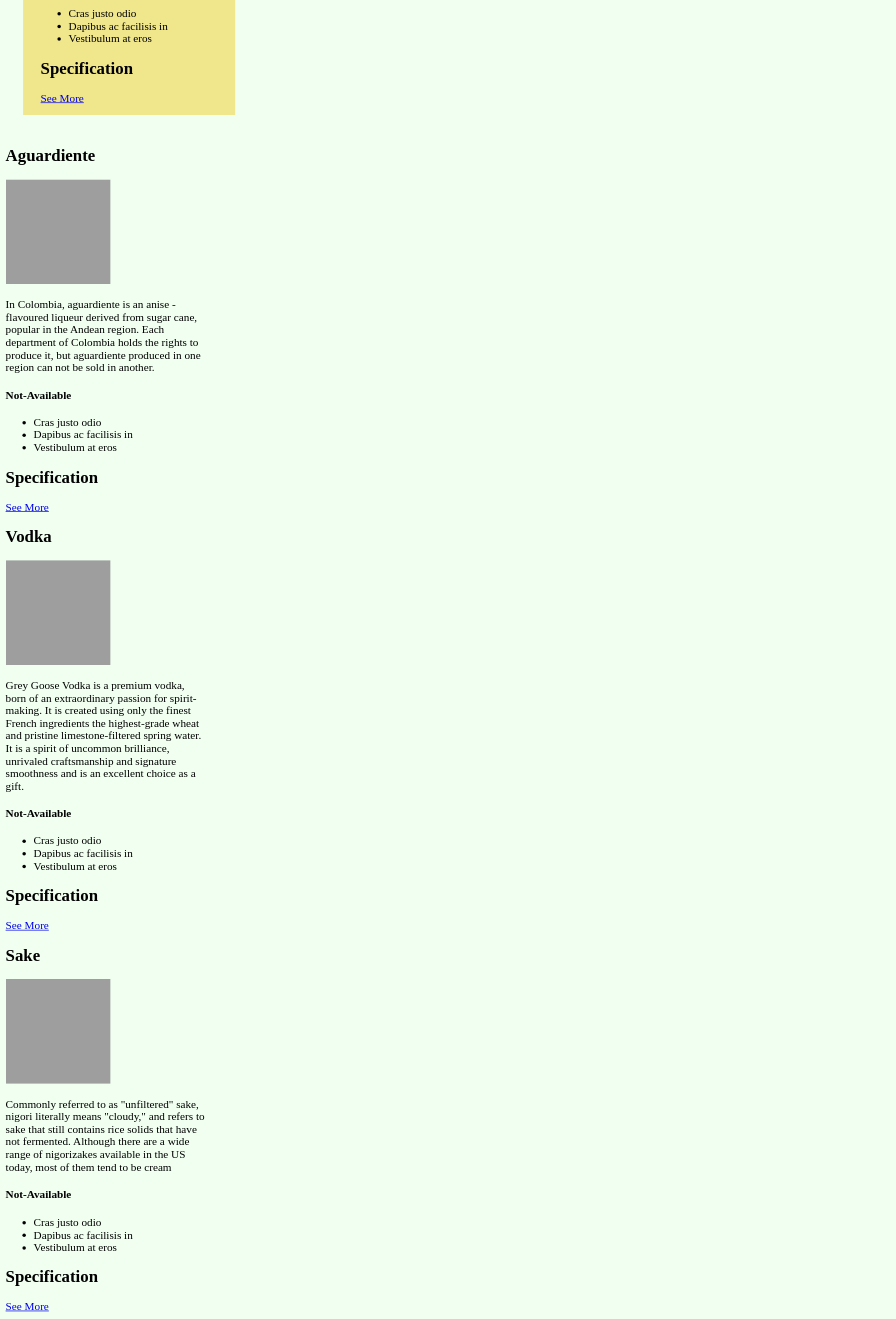
Repository: ZamlZam/REPO-11
Page: product-cards/index.html
These files come from the project's save history. The page is drawn as it stood at one moment and after the next save; the edit follows.
The browser window is 1280 px wide. The pictures show the part of the page from y = 1385 to 3305 px (the page is 3269 px tall before and 3305 px after), at 70% of full size.
Pictures or frames that could not be fetched are drawn as grey boxes.

Above is the page before, as saved 2023-04-14 20:33:50.

After the next save:
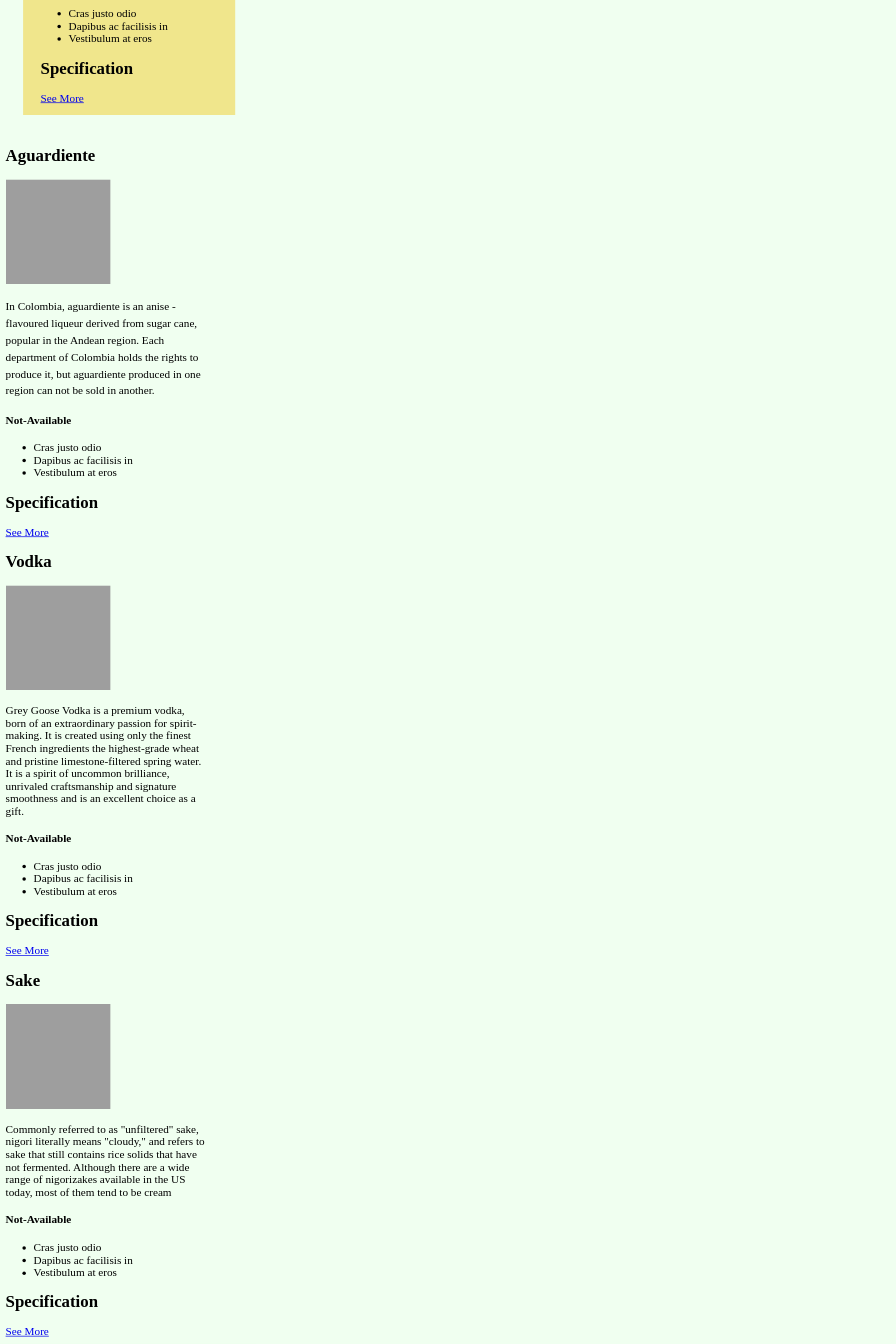
Saved 4 s later.
--- a/product-cards/main.css
+++ b/product-cards/main.css
@@ -151,7 +151,7 @@
   align-items: center;
 }
 
-.card-wrap2 .card3 .card-body3{
+.card-wrap3 .card3 .card-body3{
   font-style: 14px;
   line-height: 24px;
   color:black;
